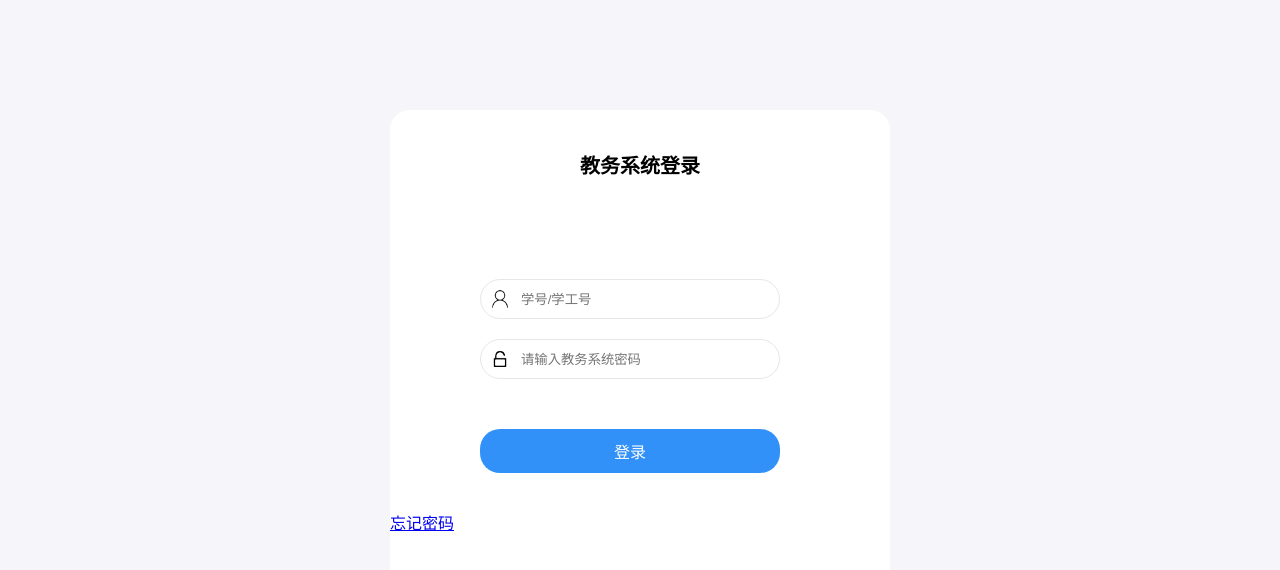
Repository: yangziteng/System
Page: / (app in myreact/)
These files come from the project's save history. The page is drawn as it stood at one moment and after the next save; the edit follows.
The browser window is 1280 px wide. The pictures show the whole page.
The project was rebuilt for these pictures with package versions that can differ from the ones it lists, and the page was loaded fresh each time. Also part of the build but not shown: myreact/vite.config.js, myreact/src/App.css, myreact/src/App.jsx, myreact/src/log.jsx.

Above is the page before, as saved 2022-07-08 15:00:45.

After the next save:
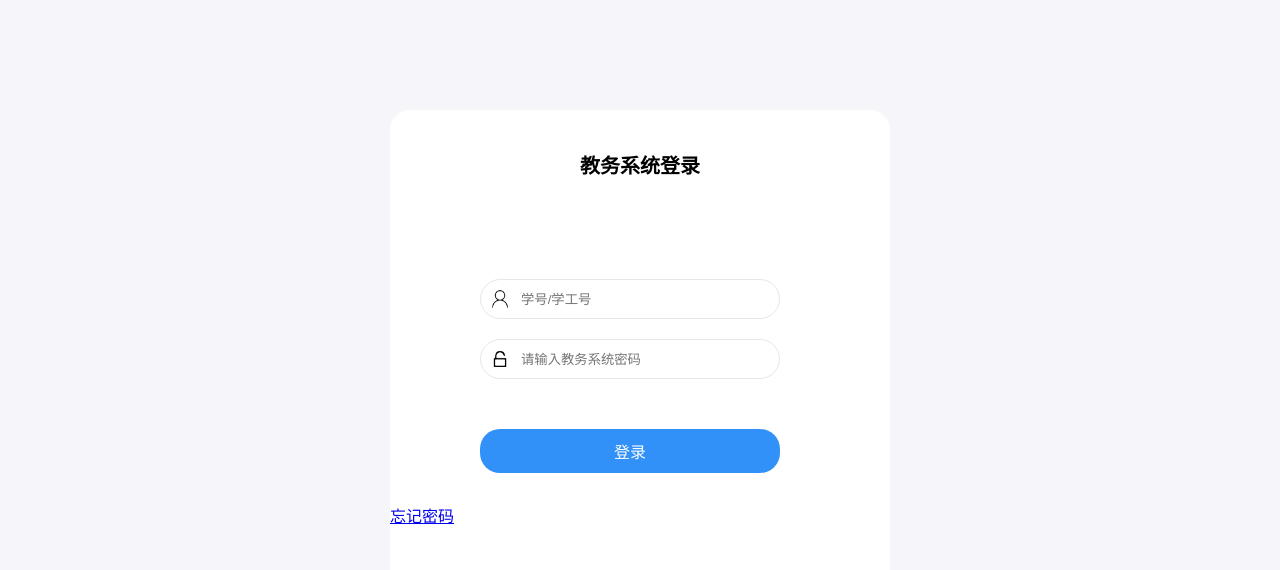
Saved 28 s later.
--- a/myreact/src/pages/Login/Login.css
+++ b/myreact/src/pages/Login/Login.css
@@ -70,6 +70,5 @@
     margin-top:50px;
 }
 .end{
-    position: absolute;
-    top:400px
+    margin-top:30px
 }
